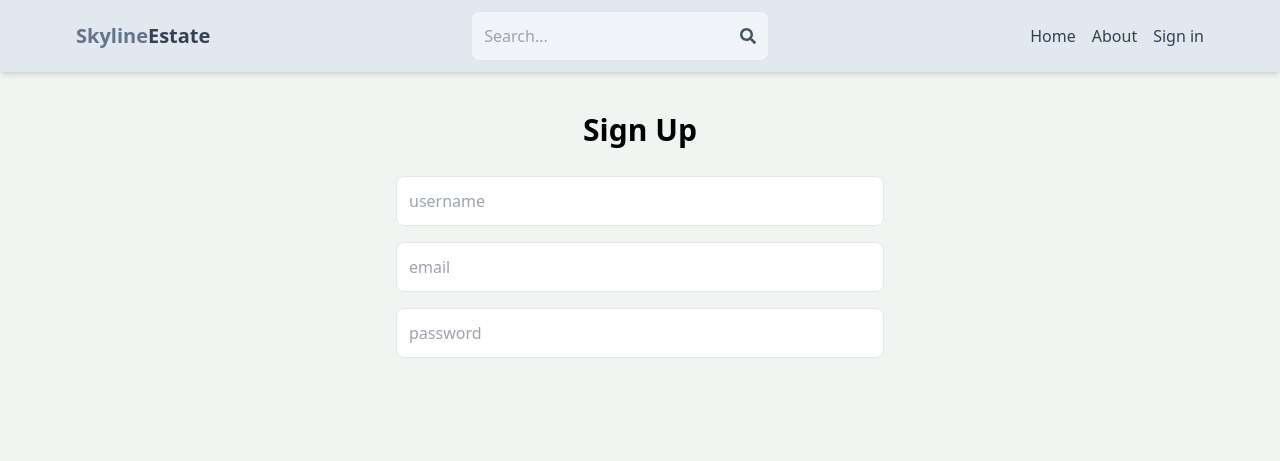
Repository: stavan30/mern-estate
Page: /sign-up (app in client/)
These files come from the project's save history. The page is drawn as it stood at one moment and after the next save; the edit follows.
The browser window is 1280 px wide. The pictures show the whole page.
The project was rebuilt for these pictures with package versions that can differ from the ones it lists, and the page was loaded fresh each time. Also part of the build but not shown: client/vite.config.js, client/src/pages/About.jsx, client/src/pages/Home.jsx, client/src/pages/Profile.jsx, client/src/pages/SignIn.jsx.

Above is the page before, as saved 2024-01-19 02:29:01.

After the next save:
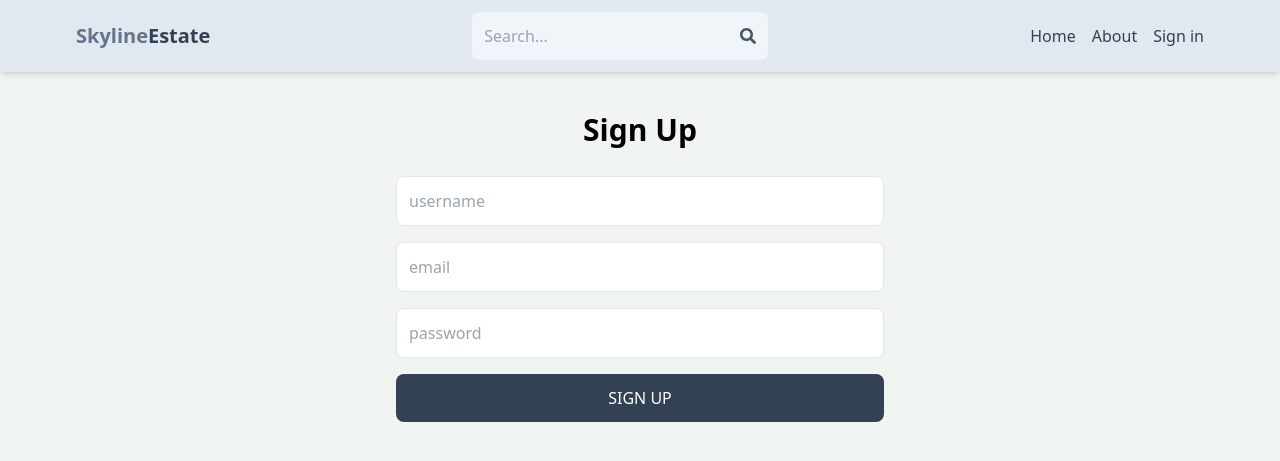
Saved 3 min 50 s later.
--- a/client/src/pages/SignUp.jsx
+++ b/client/src/pages/SignUp.jsx
@@ -15,6 +15,10 @@ export default function SignUp() {
 
         <input type="text" placeholder='password'
         className='border p-3 rounded-lg' id='password'/>
+
+        <button className='bg-slate-700 text-white p-3 rounded-lg uppercase hover:opacity-95 disabled:opacity-80'>
+          Sign Up
+        </button>
       </form>
     </div>
   )
